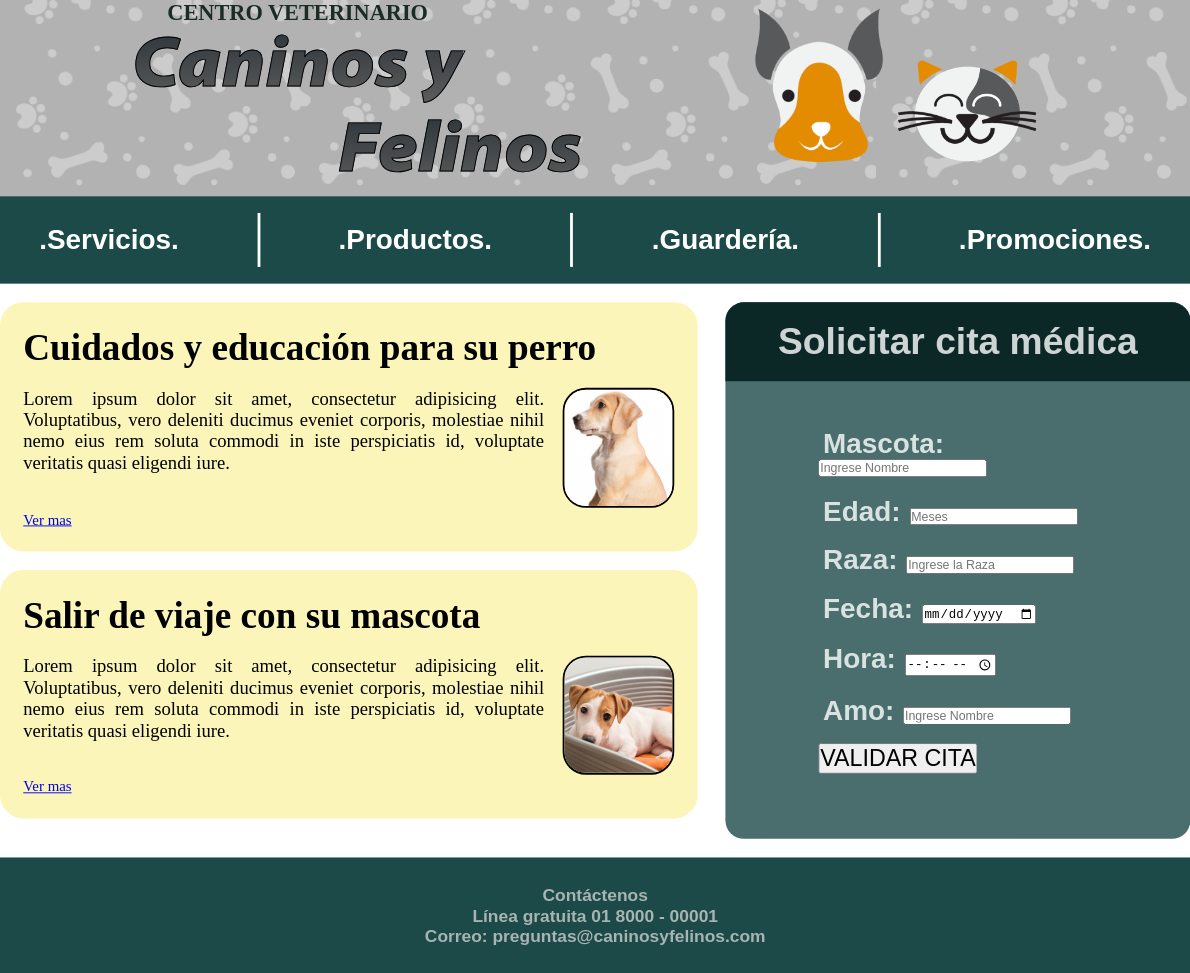
Repository: mariomr87/senaweb01
Page: principal.html
An editor plug-in stored every save of this project. The page is shown before and after the next save, followed by the edit.
The browser window is 1280 px wide. The pictures show the whole page, at 93% of full size.

Above is the page before, as saved 2021-10-23 13:46:34.

After the next save:
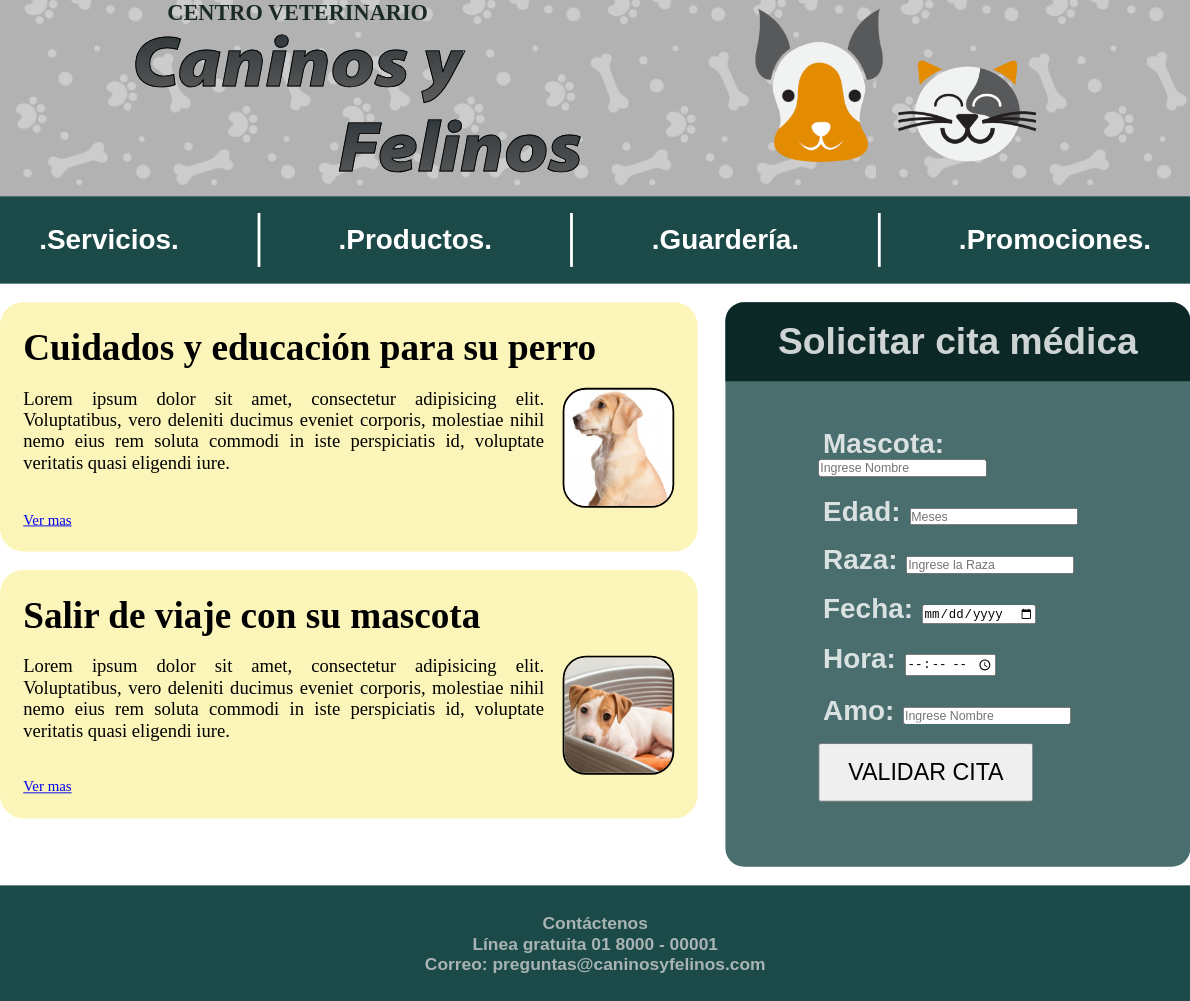
Saved 33 s later.
--- a/estilos.css
+++ b/estilos.css
@@ -141,6 +141,7 @@ form label{
 
 .cuestionario button{
     font-size: 25px;
+    padding: 5% 10%;
 }
 
 footer{
